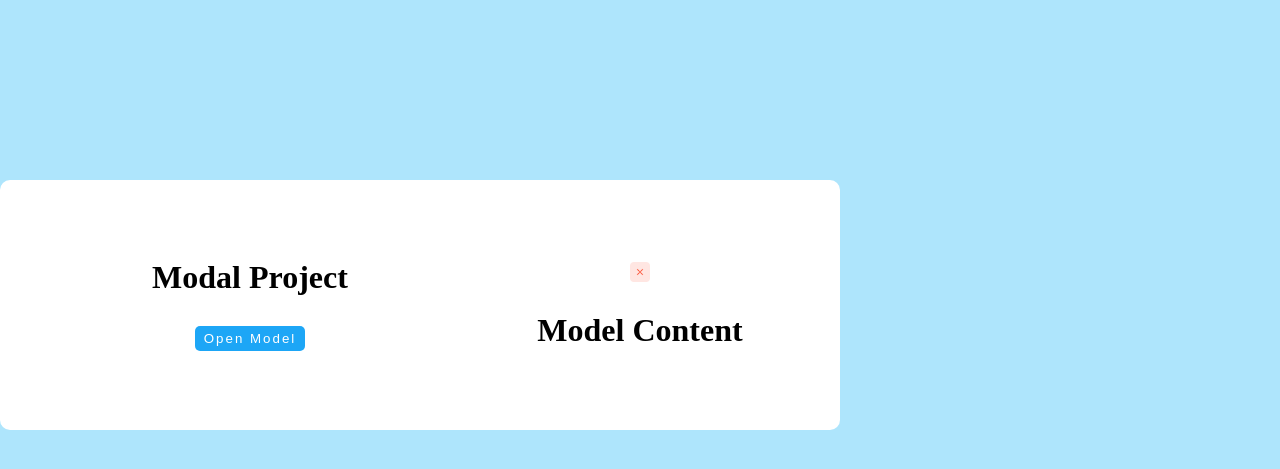
Repository: Trapti10/20-js-practice-projects-in-7-days-challenge
Page: Project_4_Modal_Project/index.html
These files come from the project's save history. The page is drawn as it stood at one moment and after a run of saves; the edit follows.
The browser window is 1280 px wide. The pictures show the whole page.

Above is the page before, as saved 2025-11-24 11:03:49.

After the next 2 saves:
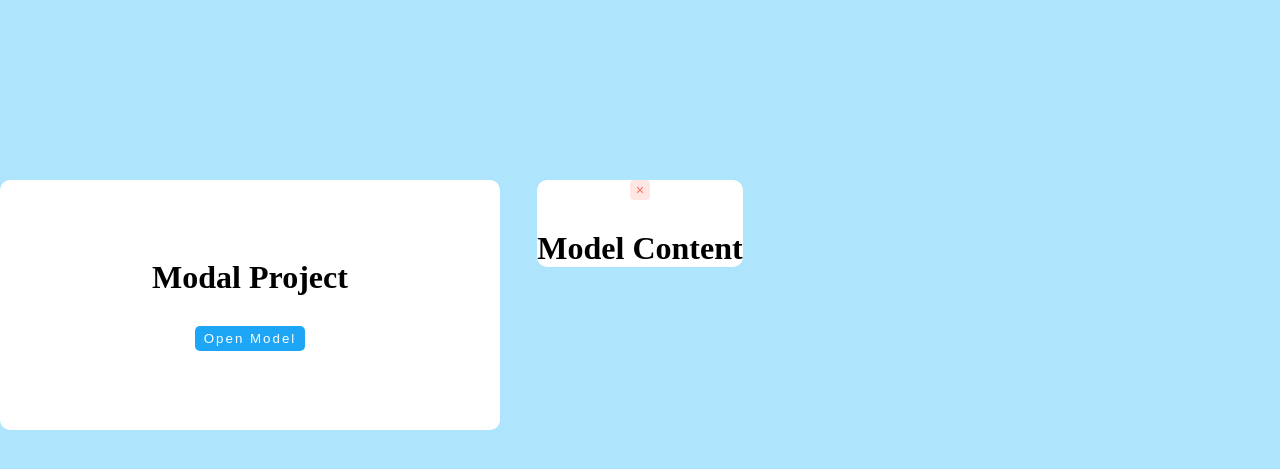
The 2 saves are shown as one change because they came seconds apart.
The last was saved 24 s later.
--- a/Project_4_Modal_Project/style.css
+++ b/Project_4_Modal_Project/style.css
@@ -73,8 +73,6 @@
     background: white;
     max-height: 250px;
     max-width: 400px;
-    height: 100%;
-    width: 100%;
     display: flex;
     justify-content: center;
     align-items:center ;

After the save that followed:
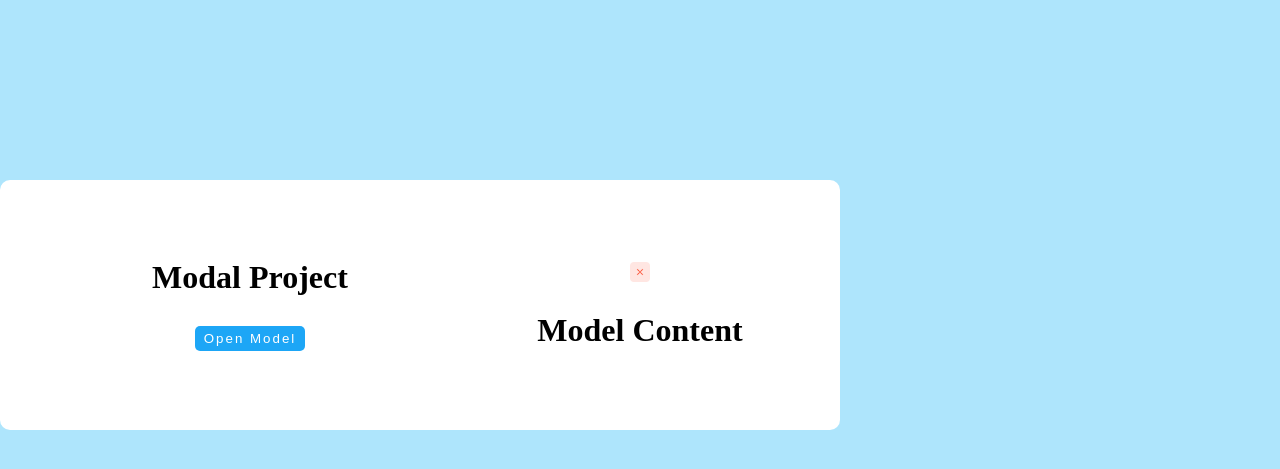
Saved 10 s later.
--- a/Project_4_Modal_Project/style.css
+++ b/Project_4_Modal_Project/style.css
@@ -73,6 +73,8 @@
     background: white;
     max-height: 250px;
     max-width: 400px;
+    height: 100%;
+    width: 100%;
     display: flex;
     justify-content: center;
     align-items:center ;
